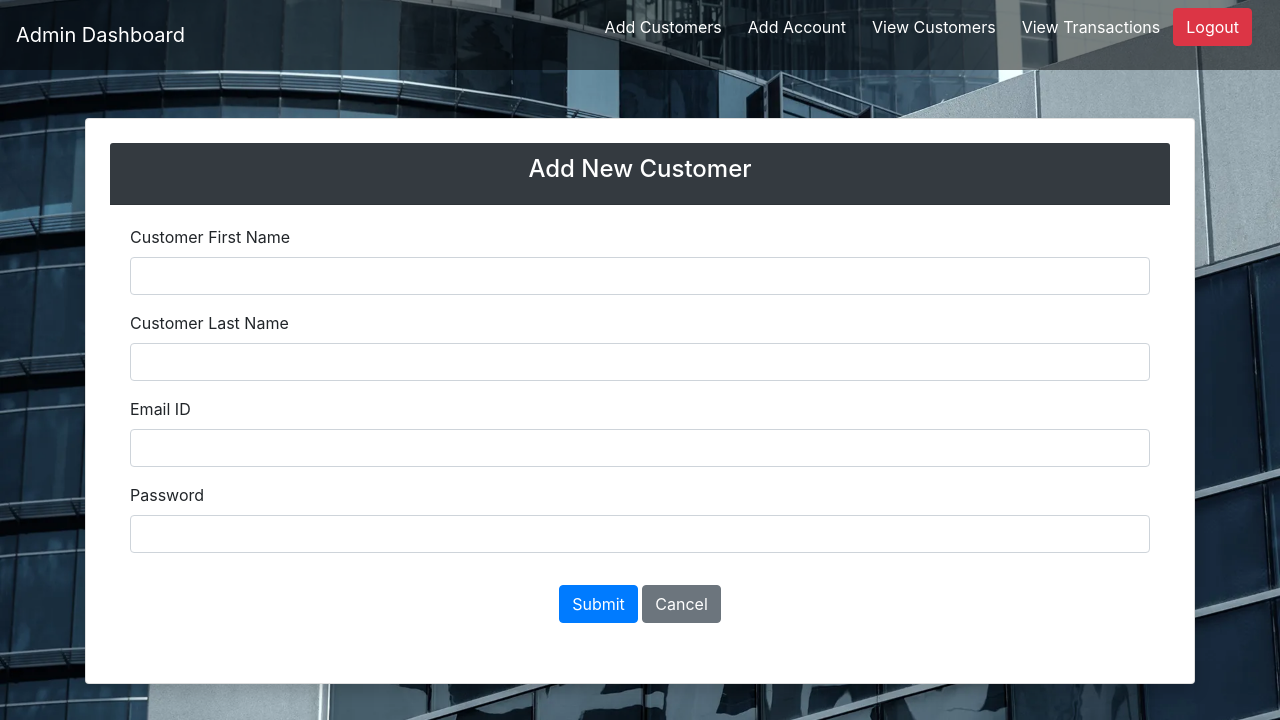
Repository: prathamsuhasia/swabhav-mini-project
Page: http://localhost/01-mini-project/AddNewCustomer.jsp
These files come from the project's save history. The page is drawn as it stood at one moment and after the next save; the edit follows.
The browser window is 1280 px wide. The pictures show the whole page.
The page is served by Tomcat 9. The session is filled in as if someone had signed in: {"username": "testuser", "admin": "admin"}.

Above is the page before, as saved 2024-08-15 18:40:41.

After the next save:
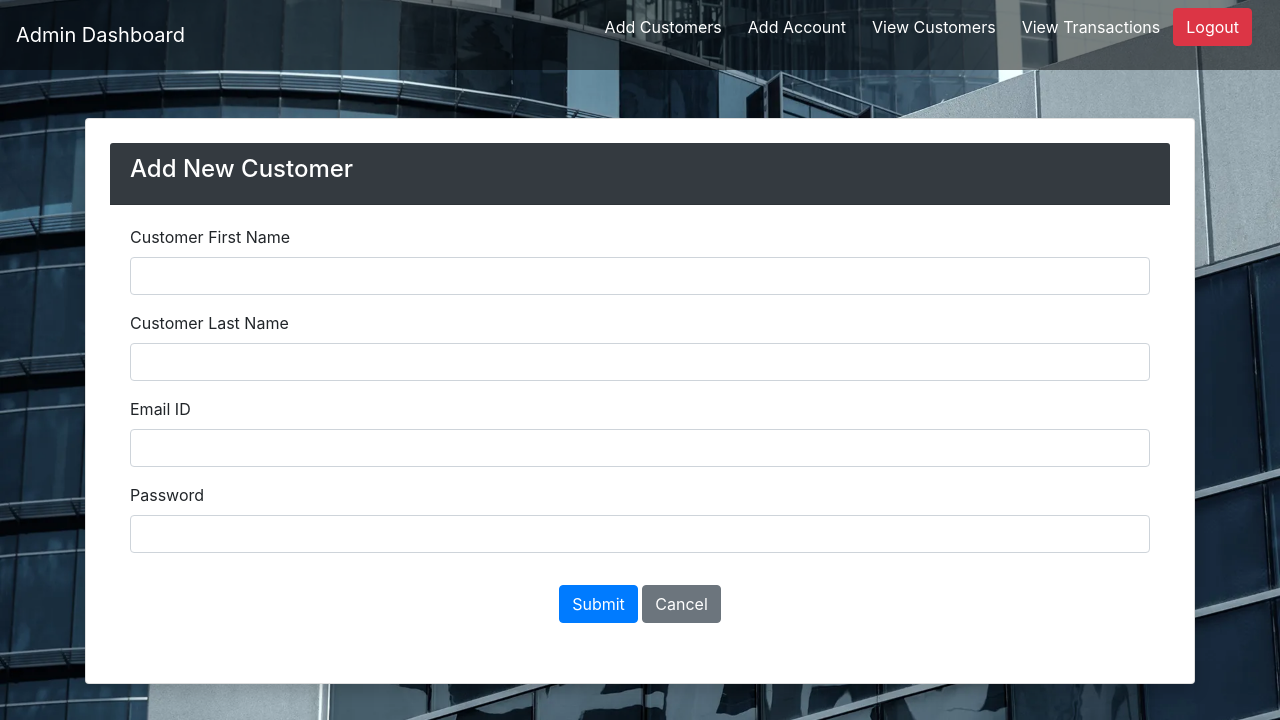
Saved 3 min 10 s later.
--- a/01-mini-project/WebContent/AddNewCustomer.jsp
+++ b/01-mini-project/WebContent/AddNewCustomer.jsp
@@ -12,7 +12,7 @@
 <body>
     <div class="container mt-5">
         <div class="card shadow p-4">
-            <div class="card-header bg-dark text-white text-center">
+            <div class="card-header bg-dark text-white ">
                 <h4>Add New Customer</h4>
             </div>
             <div class="card-body">
